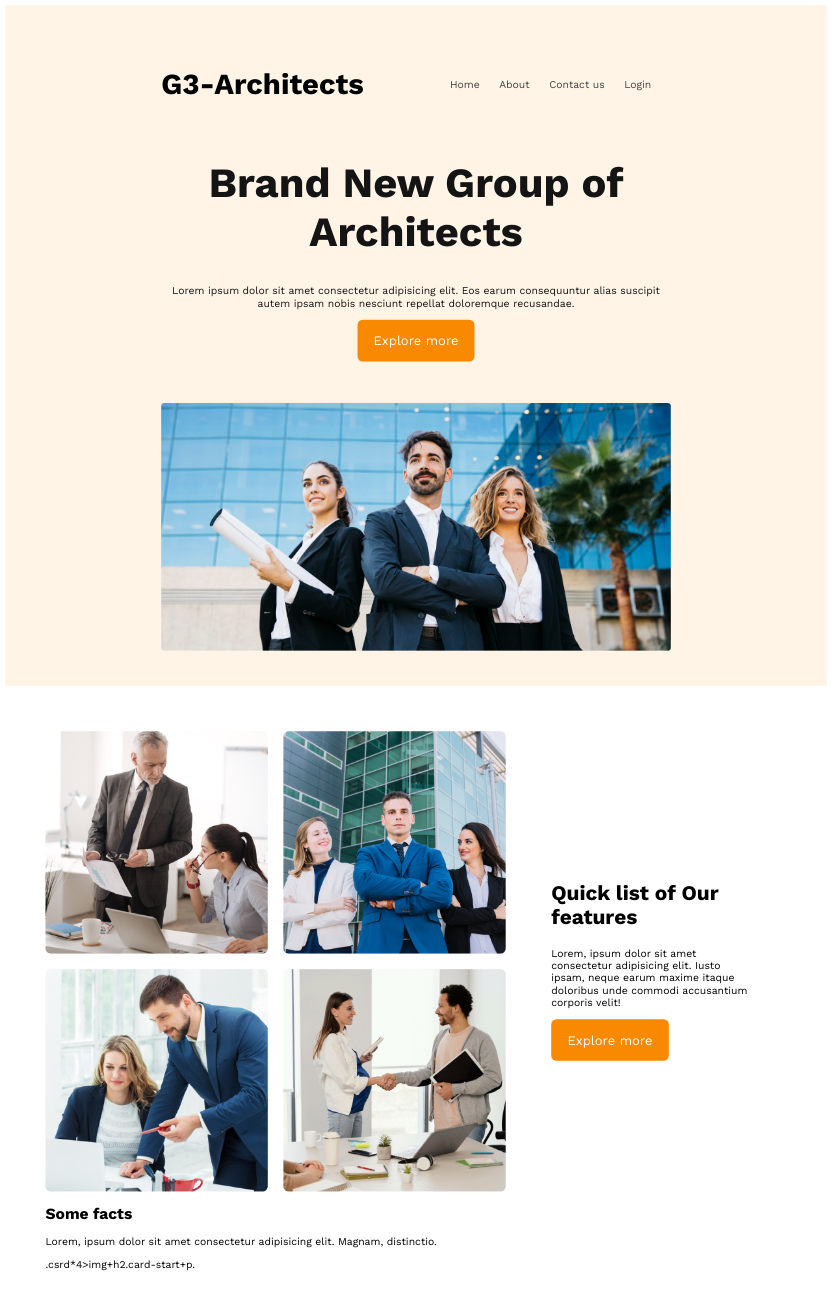
Repository: RudrasahaDibos/architects-resources
Page: index.html
These files come from the project's save history. The page is drawn as it stood at one moment and after a run of saves; the edit follows.
The browser window is 1280 px wide. The pictures show the whole page, at 65% of full size.

Above is the page before, as saved 2024-10-06 21:33:30.

After the next 3 saves:
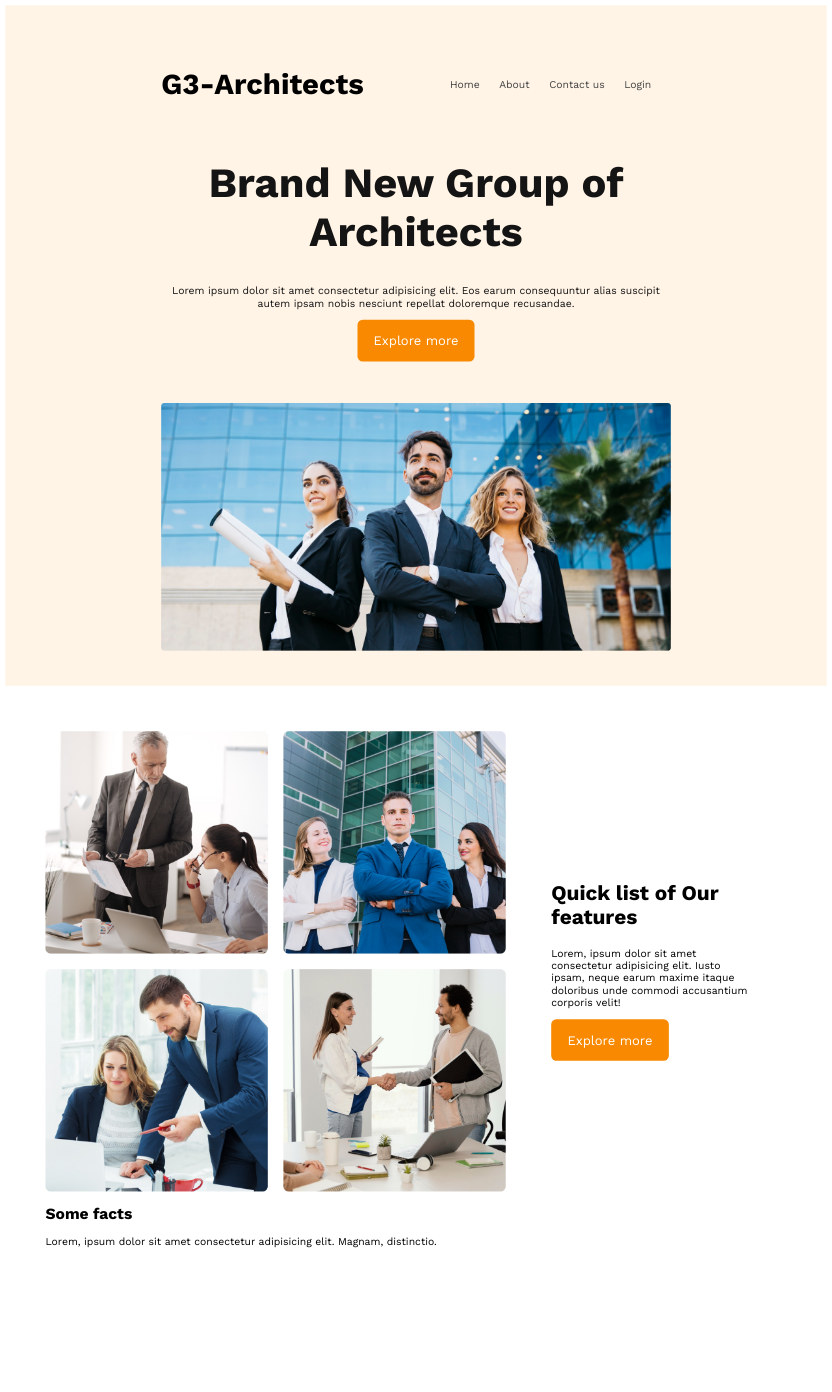
The 3 saves are shown as one change because they came seconds apart.
The last was saved 10 s later.
--- a/index.html
+++ b/index.html
@@ -52,7 +52,26 @@
                     <p class="some-discription">Lorem, ipsum dolor sit amet consectetur
                       adipisicing elit. Magnam, distinctio.</p>
                    <div class="fact-card-container">
-                          .csrd*4>img+h2.card-start+p.
+                          <div class="csrd">
+                            <img src="" alt="">
+                            <h2 class="card-start"></h2>
+                            <p class="card-title"></p>
+                          </div>
+                          <div class="csrd">
+                            <img src="" alt="">
+                            <h2 class="card-start"></h2>
+                            <p class="card-title"></p>
+                          </div>
+                          <div class="csrd">
+                            <img src="" alt="">
+                            <h2 class="card-start"></h2>
+                            <p class="card-title"></p>
+                          </div>
+                          <div class="csrd">
+                            <img src="" alt="">
+                            <h2 class="card-start"></h2>
+                            <p class="card-title"></p>
+                          </div>
                   </div>
                   </section>
        </main>
